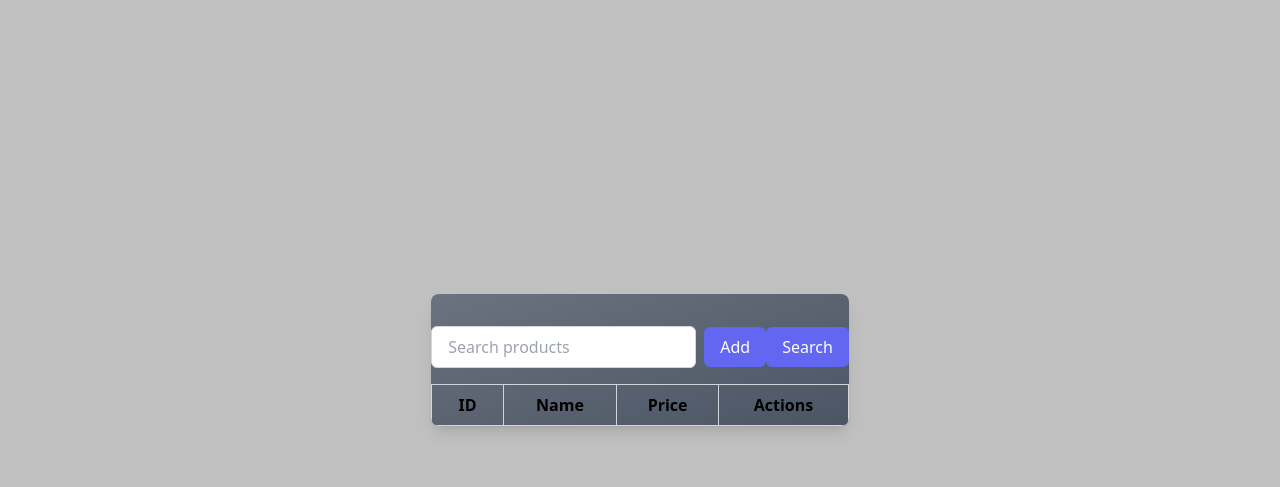
Repository: shaafsalman/product-Management-MERN
Page: /home (app in frontend/)
The author's editor kept a copy of each file at every save. The page is drawn from the files as they stood at one save, then again after the next save.
The browser window is 1280 px wide. The pictures show the whole page.
The page's requests for data from a server got no answer. The project was rebuilt for these pictures with package versions that can differ from the ones it lists, and the page was loaded fresh each time. No one was signed in, and anything a server would have sent is missing. Also part of the build but not shown: frontend/vite.config.js, frontend/src/Cards/mesgCard.jsx, frontend/src/Pages/Login.jsx, frontend/src/Pages/SighnUp.jsx, frontend/src/Pages/NoPage.jsx, frontend/src/Pages/addproduct.jsx.

Above is the page before, as saved 2024-05-14 01:33:03.

### frontend/src/App.jsx
import React from 'react';
import { BrowserRouter as Router, Routes, Route, Navigate } from 'react-router-dom';
import Login from "./Pages/Login"
import Signup from "./Pages/SighnUp"
import NoPage from './Pages/NoPage';
import Home from './Pages/Home';

const App = () => {
  return (
    <div className="App">
      <Router>
        <div>
          <Routes>
            <Route path="/" element={<Login/>} />
            <Route path="/login" element={<Login />} />
            <Route path="/login" element={<Login />} />
            <Route path="/signup" element={<Signup />} />
            <Route path="/register" element={<Signup />} />
            <Route path="/home" element={<Home />} />
            <Route path="/*" element={<NoPage />} />
          </Routes>
        </div>
      </Router>
    </div>
  );
};


export default App;

### frontend/src/index.css
@tailwind base;
@tailwind components;
@tailwind utilities;


*
{
  margin: 0;
  padding: 0;
  box-sizing: border-box;
}

body,html
{
  background-color:silver
}

### frontend/src/Pages/Home.jsx
import React, { useState, useEffect } from 'react';
import axios from 'axios';
import AddProduct from './addproduct'; // Import the AddProduct component

const Home = () => {
  const [products, setProducts] = useState([]);
  const [searchTerm, setSearchTerm] = useState('');
  const [searchResults, setSearchResults] = useState([]);
  const [showAddProduct, setShowAddProduct] = useState(false);

  useEffect(() => {
    fetchProducts();
  }, []);

  const fetchProducts = async () => {
    try {
      const response = await axios.get('/products');
      setProducts(response.data || []);
    } catch (error) {
      console.error('Error fetching products:', error);
    }
  };

  const handleSearch = () => {
    const results = products.filter(product =>
      product.name.toLowerCase().includes(searchTerm.toLowerCase())
    );
    setSearchResults(results);
  };

  const showAdd = () => {
    setShowAddProduct(true);
  };

  const toggleAddProduct = () => {
    setShowAddProduct(!showAddProduct);
  };

  const handleAddProduct = (newProduct) => {
    setProducts([...products, newProduct]);
    setSearchResults([...searchResults, newProduct]);
  };
  return (
    <div className="flex justify-center items-center h-screen">
      <div className=" rounded-lg overflow-hidden shadow-lg bg-gradient-to-br from-gray-500 to-gray-600">
        <div className="flex flex-col items-center mt-8">
          {showAddProduct && <AddProduct onClose={toggleAddProduct} onAdd={handleAddProduct} />}
          <div className="mb-4 flex items-center">
            <input
              type="text"
              placeholder="Search products"
              value={searchTerm}
              onChange={e => setSearchTerm(e.target.value)}
              className="px-4 py-2 border border-gray-300 rounded-md focus:outline-none focus:border-indigo-500 mr-2"
            />
            <button
              onClick={toggleAddProduct}
              className="px-4 py-2 bg-indigo-500 text-white rounded-md focus:outline-none focus:bg-indigo-600"
            >
              Add
            </button>
            <button
              onClick={handleSearch}
              className="px-4 py-2 bg-indigo-500 text-white rounded-md focus:outline-none focus:bg-indigo-600"
            >
              Search
            </button>
          </div>
          <table className="border-collapse border border-gray-300 w-full">
            <thead>
              <tr>
                <th className="border border-gray-300 px-4 py-2">ID</th>
                <th className="border border-gray-300 px-4 py-2">Name</th>
                <th className="border border-gray-300 px-4 py-2">Price</th>
                <th className="border border-gray-300 px-4 py-2">Actions</th>
              </tr>
            </thead>
            <tbody>
              {searchResults.map(product => (
                <tr key={product.id}>
                  <td className="border border-gray-300 px-4 py-2">{product.id}</td>
                  <td className="border border-gray-300 px-4 py-2">{product.name}</td>
                  <td className="border border-gray-300 px-4 py-2">{product.price}</td>
                  <td className="border border-gray-300 px-4 py-2">
                    <button className="bg-blue-500 text-white px-2 py-1 rounded-md mr-2">Update</button>
                    <button className="bg-red-500 text-white px-2 py-1 rounded-md">Delete</button>
                  </td>
                </tr>
              ))}
            </tbody>
          </table>
        </div>
      </div>
    </div>
  );

};

export default Home;

Loaded but not shown: frontend/index.html (common file); frontend/src/main.jsx (common file); frontend/tailwind.config.js (common file)

After the next save:
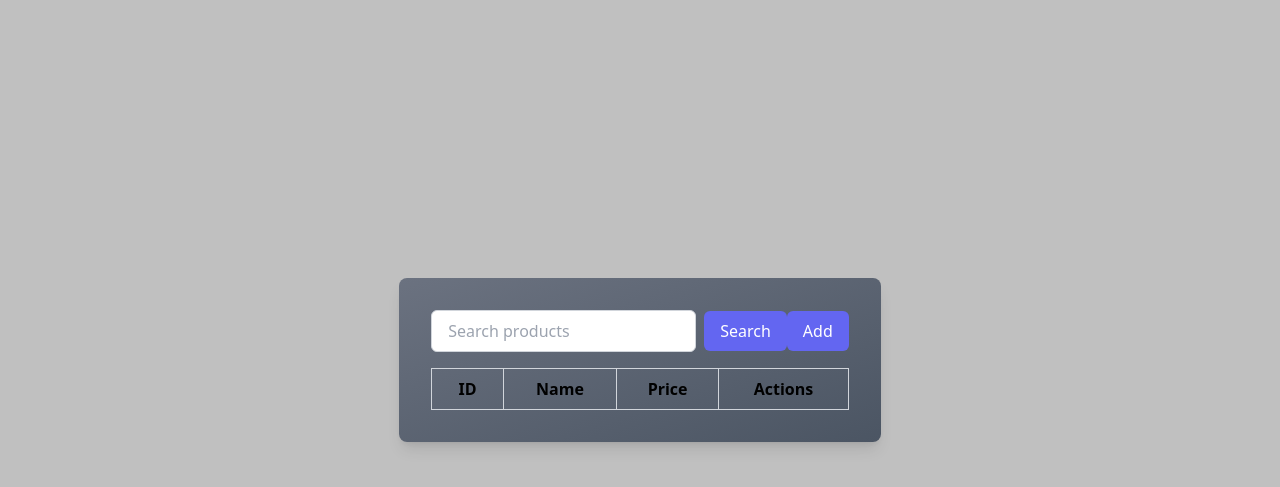
Saved 34 s later.
--- a/frontend/src/Pages/Home.jsx
+++ b/frontend/src/Pages/Home.jsx
@@ -42,31 +42,33 @@ const Home = () => {
   };
   return (
     <div className="flex justify-center items-center h-screen">
-      <div className=" rounded-lg overflow-hidden shadow-lg bg-gradient-to-br from-gray-500 to-gray-600">
-        <div className="flex flex-col items-center mt-8">
-          {showAddProduct && <AddProduct onClose={toggleAddProduct} onAdd={handleAddProduct} />}
-          <div className="mb-4 flex items-center">
-            <input
-              type="text"
-              placeholder="Search products"
-              value={searchTerm}
-              onChange={e => setSearchTerm(e.target.value)}
-              className="px-4 py-2 border border-gray-300 rounded-md focus:outline-none focus:border-indigo-500 mr-2"
-            />
+      <div className="max-w-lg rounded-lg overflow-hidden shadow-lg bg-gradient-to-br from-gray-500 to-gray-600">
+        <div className="p-8">
+          <div className="flex justify-between items-center mb-4">
+            {showAddProduct && <AddProduct onClose={toggleAddProduct} onAdd={handleAddProduct} />}
+            <div className="flex items-center">
+              <input
+                type="text"
+                placeholder="Search products"
+                value={searchTerm}
+                onChange={e => setSearchTerm(e.target.value)}
+                className="px-4 py-2 border border-gray-300 rounded-md focus:outline-none focus:border-indigo-500 mr-2"
+              />
+              <button
+                onClick={handleSearch}
+                className="px-4 py-2 bg-indigo-500 text-white rounded-md focus:outline-none focus:bg-indigo-600"
+              >
+                Search
+              </button>
+            </div>
             <button
               onClick={toggleAddProduct}
               className="px-4 py-2 bg-indigo-500 text-white rounded-md focus:outline-none focus:bg-indigo-600"
             >
               Add
             </button>
-            <button
-              onClick={handleSearch}
-              className="px-4 py-2 bg-indigo-500 text-white rounded-md focus:outline-none focus:bg-indigo-600"
-            >
-              Search
-            </button>
           </div>
-          <table className="border-collapse border border-gray-300 w-full">
+          <table className="w-full border-collapse border border-gray-300">
             <thead>
               <tr>
                 <th className="border border-gray-300 px-4 py-2">ID</th>
@@ -94,6 +96,7 @@ const Home = () => {
     </div>
   );
 
+
 };
 
 export default Home;
